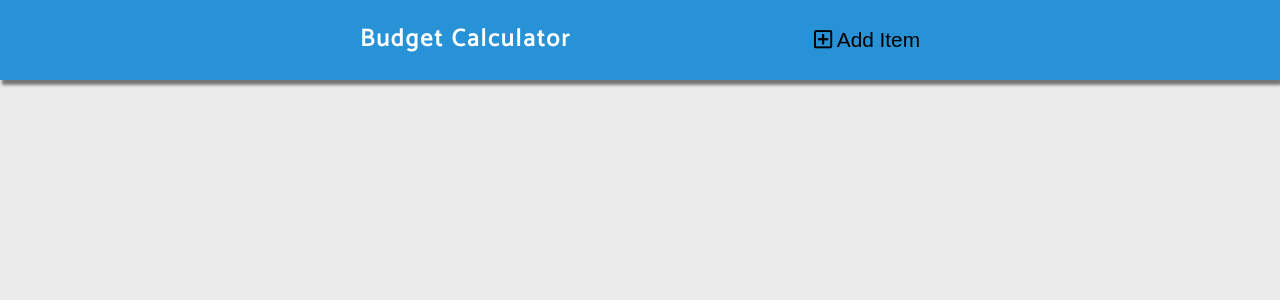
Repository: webdril/budget
Page: /
An editor plug-in stored every save of this project. The page is shown before and after the next save, followed by the edit.
The browser window is 1280 px wide. The pictures show the whole page.
The project was rebuilt for these pictures with package versions that can differ from the ones it lists, and the page was loaded fresh each time.

Above is the page before, as saved 2020-02-29 01:41:01.

### public/index.html
<!DOCTYPE html>
<html lang="en">
<head>
	<meta charset='utf-8'>
	<meta name='viewport' content='width=device-width,initial-scale=1'>

	<title>Budget Calculator</title>

	<link rel='icon' type='image/png' href='/favicon.png'>
	<link rel='stylesheet' href='/global.css'>
	<link rel='stylesheet' href='/build/bundle.css'>
	<!-- Font Awesome -->
	<link rel="stylesheet" href="fontawesome-free-5.11.2-web/css/all.min.css">

	<script defer src='/build/bundle.js'></script>
</head>

<body>
</body>
</html>

### src/App.svelte
<!-- <script></script> -->
<!-- Javascript Logic -->
<!-- <style></style> -->
<!-- CSS/STYLING -->
<!-- html -->
<nav class="nav">
	<div class="nav-center">
		<h1 class="nav-title">Budget Calculator</h1>
		<button type="button" class="nav-btn">
			<i class="far fa-plus-square" />
			Add Item
		</button>
	</div>
</nav>

### public/global.css
/*
======
Fonts
======
*/
@import url("https://fonts.googleapis.com/css?family=Catamaran:300,400&display=swap");
/*
======
Variables
======
*/
:root {
  --primaryColor: #2892d7;
  --mainWhite: #fff;
  --offWhite: #f7f7f7;
  --mainBlack: #222;
  --mainGrey: #ececec;
  --darkGrey: #afafaf;
  --mainTransition: all 0.3s linear;
  --mainSpacing: 0.3rem;
  --lightShadow: 2px 5px 3px 0px rgba(0, 0, 0, 0.5);
  --darkShadow: 4px 10px 5px 0px rgba(0, 0, 0, 0.5);
  --mainBorderRadius: 0.25rem;
}
/*
======
Global Styles
======
*/
* {
  margin: 0;
  padding: 0;
  box-sizing: border-box;
}

body {
  font-family: "Catamaran", sans-serif;
  color: var(--mainBlack);
  background: var(--mainGrey);
  line-height: 1.4;
  font-size: 1rem;
  font-weight: 300;
}
h1,
h2,
h3,
h4,
h5,
h6 {
  font-family: "Catamaran", sans-serif;
  margin-bottom: 1.25rem;
  letter-spacing: var(--mainSpacing);
}
p {
  margin-bottom: 1.25rem;
}
ul {
  list-style-type: none;
}
a {
  text-decoration: none;
  color: var(--mainBlack);
}
/*
======
Buttons
======
*/
.btn,
.btn-white,
.btn-primary {
  text-transform: uppercase;
  letter-spacing: var(--mainSpacing);
  color: var(--primaryColor);
  border: 2px solid var(--primaryColor);
  padding: 0.45rem 0.8rem;
  display: inline-block;
  transition: var(--mainTransition);
  cursor: pointer;
  font-size: 0.8rem;
  border-radius: var(--mainBorderRadius);
  background: transparent;
}
.btn:hover {
  background: var(--primaryColor);
  color: var(--mainWhite);
}
.btn-white {
  background: transparent;
  color: var(--primaryColor);
  border-color: var(--primaryColor);
}
.btn-white:hover {
  background: var(--mainWhite);
  color: var(--primaryColor);
}
.btn-primary {
  background: var(--primaryColor);
  color: var(--mainWhite);
  border-color: var(--primaryColor);
}
.btn-primary:hover {
  background: transparent;
  color: var(--primaryColor);
}
.btn-block {
  width: 100%;
  display: block;
  margin: 0 auto;
  box-shadow: var(--lightShadow);
}
.disabled {
  color: var(--darkGrey);
  border-color: var(--darkGrey);
}
.disabled:hover {
  background: transparent;
  color: var(--darkGrey);
  border-color: var(--darkGrey);
}
/*
======
Navbar
======
*/
.nav {
  background: var(--primaryColor);
  height: 5rem;
  display: flex;
  align-items: center;
  box-shadow: var(--lightShadow);
}

.nav-center {
  width: 85%;
  max-width: 35rem;
  margin: 0 auto;
  display: flex;
  justify-content: space-between;
}
.nav-title {
  text-transform: capitalize;
  color: var(--mainWhite);
  margin-bottom: 0;
  letter-spacing: 2px;
}
.nav-btn {
  background: transparent;
  font-size: 1.3rem;
  border: none;
  cursor: pointer;
  text-transform: capitalize;
  transition: var(--mainTransition);
}
.nav-btn:hover {
  color: var(--darkGrey);
}
/*
======
Content
======
*/
.content {
  padding: 3rem 0;
  width: 85vw;
  max-width: 35rem;
  margin: 0 auto;
}

/*
======
Main Title
======
*/
.main-title {
  text-transform: capitalize;
  color: var(--primaryColor);
  margin-bottom: 2rem;
}
/*
======
Single Expense
======
*/
.single-expense {
  display: flex;
  justify-content: space-between;
  text-transform: capitalize;
  align-items: center;
  margin-bottom: 2rem;
  padding: 1.3rem 1rem;
  border-radius: var(--mainBorderRadius);
  background: var(--mainWhite);
  box-shadow: var(--lightShadow);
}
.single-expense h2 {
  margin-bottom: 0;
  font-weight: 300;
}
.single-expense h4 {
  margin-bottom: 0;
  margin-top: 1rem;
  font-weight: 300;
  color: var(--primaryColor);
}

.expense-btn {
  font-size: 1rem;
  background: transparent;
  border: none;
  margin: 0 0.4rem;
  transition: var(--mainTransition);
  cursor: pointer;
}
.expense-btn:hover {
  transform: scale(1.2);
}
.amount-btn {
  font-size: 1.3rem;
  background: transparent;
  border: none;
  cursor: pointer;
  color: var(--primaryColor);
}
.delete-btn {
  color: red;
}
.edit-btn {
  color: green;
}
/*
======
Expense Form
======
*/

.expense-form {
  background: var(--mainWhite);
  padding: 1.25rem 1rem;
  text-transform: capitalize;
  border-radius: var(--mainBorderRadius);
  box-shadow: var(--lightShadow);
}

.form-control label {
  display: block;
}
.form-control input {
  width: 100%;
  border: none;
  border-bottom: 2px solid var(--darkGrey);
  margin-bottom: 1.25rem;
  padding: 0.5rem;
  font-size: 1.2rem;
}
.form-empty {
  text-align: center;
  color: red;
}
.form {
  position: relative;
  margin-bottom: 5rem;
}
.close-btn {
  position: absolute;
  top: 0;
  right: 0;
  font-size: 1.2rem;
  text-transform: capitalize;
  display: flex;
  align-items: center;
  width: 4.2rem;
  justify-content: space-between;
  background: transparent;
  border: none;
  color: red;
  cursor: pointer;
}
/*
======
Modal
======
*/
.modal-container {
  position: fixed;
  top: 0;
  left: 0;
  right: 0;
  bottom: 0;
  background: rgba(0, 0, 0, 0.7);
  z-index: 2;
}
.modal-content {
  background: var(--mainWhite);
  width: 85vw;
  max-width: 35rem;
  margin: 0 auto;
  margin-top: 5rem;
  padding: 3rem;
  border-radius: var(--mainBorderRadius);
  position: relative;
}
.modal-content .expense-form {
  box-shadow: none;
}
.modal-container .form {
  margin-bottom: 0;
}
.modal-container .expense-form {
  padding: 1.25rem 0;
}
.modal-container .form {
  position: static;
}
.modal-container .close-btn {
  top: 2%;
  right: 3%;
}
/*
======
Github Users
======
*/

.user {
  margin: 2rem 0;
  box-shadow: var(--lightShadow);
  display: grid;
  grid-template-columns: auto 1fr;
  border-radius: var(--mainBorderRadius);
  grid-column-gap: 2rem;
  background: var(--mainWhite);
}
.user img {
  width: 6rem;
  border-top-left-radius: var(--mainBorderRadius);
  border-bottom-left-radius: var(--mainBorderRadius);
}
.user-info {
  padding-top: 0.75rem;
}
.user-info h3 {
  margin-bottom: 0.75rem;
}

### src/Navbar.svelte
<nav class="nav">
	<div class="nav-center">
		<h1 class="nav-title">Budget Calculator</h1>
		<button type="button" class="nav-btn">
			<i class="far fa-plus-square" />
			Add Item
		</button>
	</div>
</nav>

Loaded but not shown: src/main.js (common file); public/fontawesome-free-5.11.2-web/css/all.min.css (library)

After the next save:
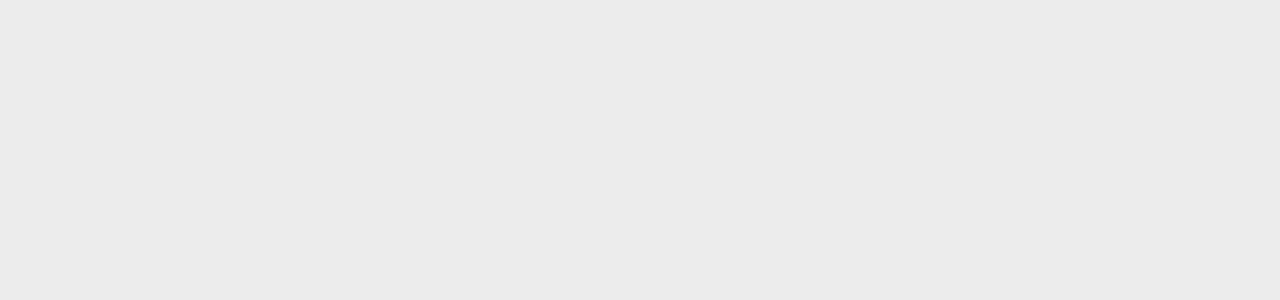
Saved 15 s later.
--- a/src/App.svelte
+++ b/src/App.svelte
@@ -1,14 +1,6 @@
-<!-- <script></script> -->
-<!-- Javascript Logic -->
+<script>
+
+</script>
+
 <!-- <style></style> -->
 <!-- CSS/STYLING -->
-<!-- html -->
-<nav class="nav">
-	<div class="nav-center">
-		<h1 class="nav-title">Budget Calculator</h1>
-		<button type="button" class="nav-btn">
-			<i class="far fa-plus-square" />
-			Add Item
-		</button>
-	</div>
-</nav>

After the 3 saves that followed:
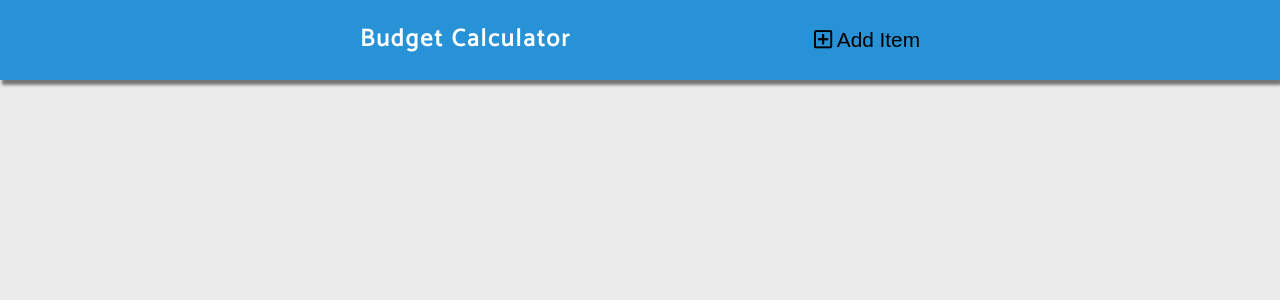
The 3 saves are shown as one change because 2 left the picture as it was.
The last was saved 2 min 47 s later.
--- a/src/App.svelte
+++ b/src/App.svelte
@@ -1,6 +1,8 @@
 <script>
-
+import Navbar from './Navbar.svelte'
 </script>
 
 <!-- <style></style> -->
 <!-- CSS/STYLING -->
+
+<Navbar />
